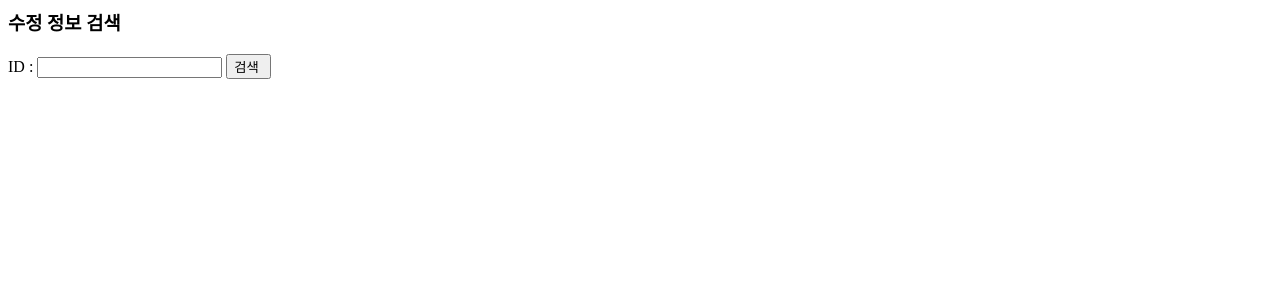
Repository: daelong/ServletJsp
Page: http://localhost/dev/memberUpdate.jsp
These files come from the project's save history. The page is drawn as it stood at one moment and after the next save; the edit follows.
The browser window is 1280 px wide. The pictures show the whole page.
The page is served by Tomcat 9. Other server files are loaded and not shown.

Above is the page before, as saved 2019-03-26 11:40:14.

### dev/WebContent/memberUpdate.jsp
<%@ page import="com.dev.vo.MemberVO" %>
<%@ page language="java" contentType="text/html; charset=UTF-8"%>
<html>
<head>
<title>수정</title>
</head>
<body>

<h3>수정 정보 검색</h3>
${error}
<form action="memberSearch.do" method="post">
	ID : <input type="text" name="id">
	<input type="hidden" name="job" value="update">
	<input type="submit" value="검색 "/>
</form>

<% MemberVO member = (MemberVO)request.getAttribute("member");
	if(member != null) {%>
	<h3>회원정보 수정</h3>
	<form action="memberUpdate.do" method="post">
		ID : <input type="text" name="id" readonly valaue="${member.id}"><br>
		비밀번호 : <input type="text" name="passwd" readonly valaue="${member.passwd}"><br>
		이름 : <input type="text" name="name" readonly valaue="${member.name}"><br>
		E-mail : <input type="text" name="mail" readonly valaue="${member.mail}"><br>
		<input type="submit" value="수정">
	</form>

	<%}else{ %>
	${result}<p>
	<%} %>
</body>
</html>

After the next save:
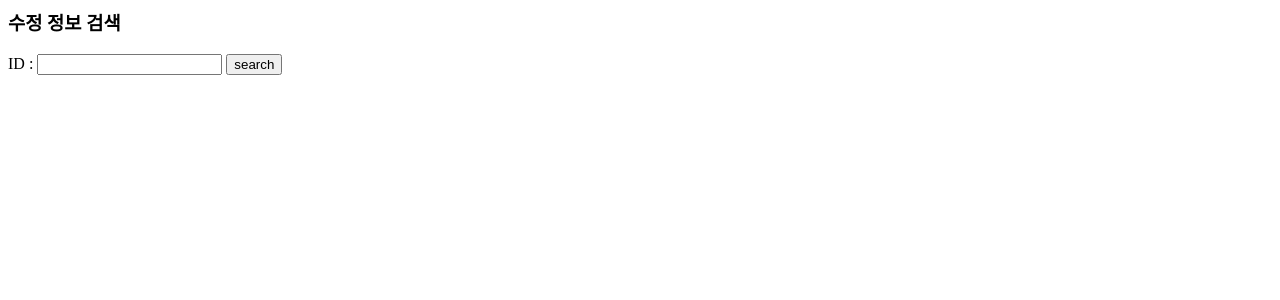
Saved 21 s later.
--- a/dev/WebContent/memberUpdate.jsp
+++ b/dev/WebContent/memberUpdate.jsp
@@ -11,7 +11,7 @@ ${error}
 <form action="memberSearch.do" method="post">
 	ID : <input type="text" name="id">
 	<input type="hidden" name="job" value="update">
-	<input type="submit" value="검색 "/>
+	<input type="submit" value="search"/>
 </form>
 
 <% MemberVO member = (MemberVO)request.getAttribute("member");
